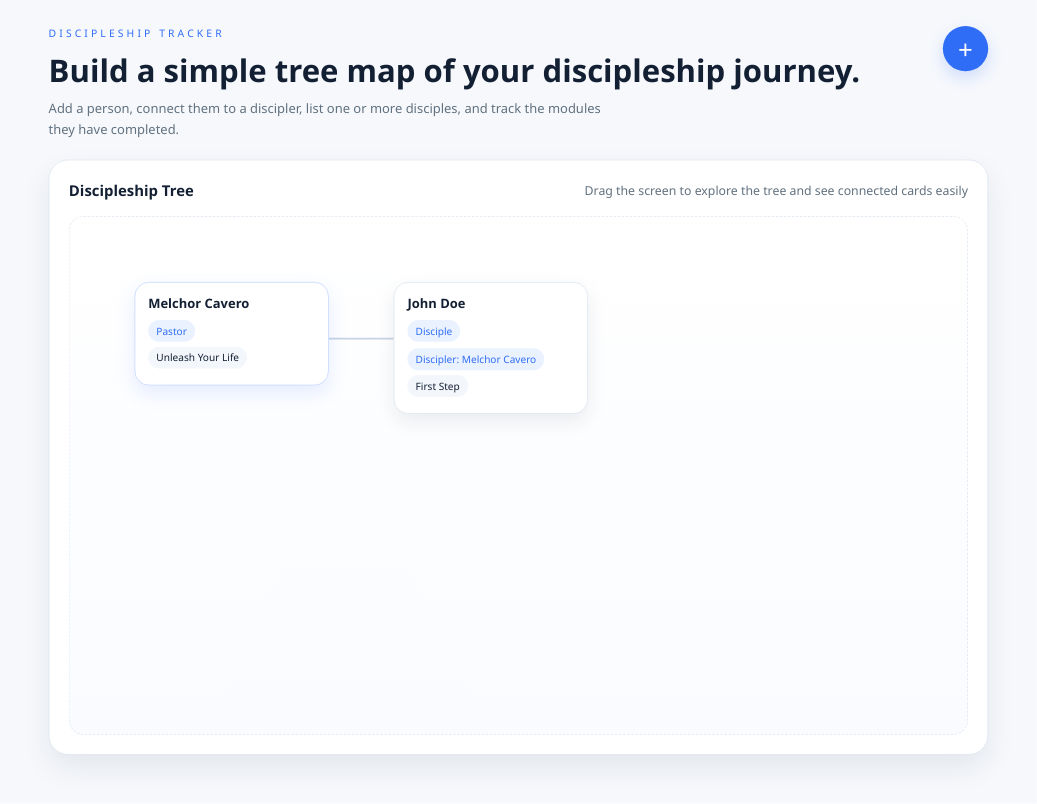
Repository: Cryuis/LCC-Isabela-Discipleship-Tracker
Page: index.html
The author's editor kept a copy of each file at every save. The page is drawn from the files as they stood at one save, then again after the next save.
The browser window is 1280 px wide. The pictures show the whole page, at 81% of full size.

Above is the page before, as saved 2026-07-26 18:50:58.

### index.html
<!doctype html>
<html lang="en">
  <head>
    <meta charset="UTF-8" />
    <meta name="viewport" content="width=device-width, initial-scale=1.0" />
    <title>Discipleship Tree Map</title>
    <link rel="stylesheet" href="styles.css" />
  </head>
  <body>
    <main class="page-shell">
      <header class="hero">
        <div>
          <p class="eyebrow">Discipleship Tracker</p>
          <h1>Build a simple tree map of your discipleship journey.</h1>
          <p class="hero-copy">
            Add a person, connect them to a discipler, list one or more
            disciples, and track the modules they have completed.
          </p>
        </div>
        <button
          id="openFormBtn"
          class="add-btn"
          type="button"
          aria-label="Add a new disciple"
        >
          +
        </button>
      </header>

      <section class="tree-card">
        <div class="tree-toolbar">
          <h2>Discipleship Tree</h2>
          <span class="tree-pill"
            >Drag the screen to explore the tree and see connected cards
            easily</span
          >
        </div>
        <div id="treeCanvas" class="tree-canvas"></div>
      </section>
    </main>

    <div
      id="modal"
      class="modal hidden"
      role="dialog"
      aria-modal="true"
      aria-labelledby="modalTitle"
    >
      <div class="modal-card">
        <div class="modal-head">
          <h3 id="modalTitle">Add a new person</h3>
          <button
            id="closeModalBtn"
            class="icon-btn"
            type="button"
            aria-label="Close form"
          >
            ×
          </button>
        </div>

        <form id="personForm" class="form-grid">
          <label>
            <span>Name</span>
            <input
              id="nameInput"
              name="name"
              type="text"
              required
              placeholder="e.g. John Doe"
            />
          </label>

          <label>
            <span>Discipler</span>
            <select id="disciplerInput" name="discipler"></select>
          </label>

          <label>
            <span>Disciple(s)</span>
            <input
              id="discipleInput"
              name="disciple"
              type="text"
              placeholder="Optional. Separate multiple names with commas"
            />
          </label>

          <fieldset>
            <legend>Modules completed</legend>
            <div id="moduleOptions" class="module-options"></div>
          </fieldset>

          <div class="form-actions">
            <button id="cancelBtn" class="secondary-btn" type="button">
              Cancel
            </button>
            <button class="primary-btn" type="submit">Add to Tree</button>
          </div>
        </form>
      </div>
    </div>

    <script src="script.js"></script>
  </body>
</html>

### styles.css
:root {
  color-scheme: light;
  --bg: #f6f8fc;
  --panel: #ffffff;
  --panel-soft: #f7f9fc;
  --border: #dfe7f0;
  --text: #132033;
  --muted: #61717f;
  --accent: #2f6df6;
  --accent-soft: #eaf2ff;
}

* {
  box-sizing: border-box;
}

body {
  margin: 0;
  font-family: "Segoe UI", Tahoma, Geneva, Verdana, sans-serif;
  background: var(--bg);
  color: var(--text);
  min-height: 100vh;
}

.page-shell {
  max-width: 1200px;
  margin: 0 auto;
  padding: 32px 20px 60px;
}

.hero {
  display: flex;
  align-items: flex-start;
  justify-content: space-between;
  gap: 24px;
  margin-bottom: 24px;
}

.eyebrow {
  text-transform: uppercase;
  letter-spacing: 0.3em;
  color: var(--accent);
  font-size: 0.8rem;
  margin: 0 0 10px;
}

.hero h1 {
  margin: 0 0 10px;
  font-size: clamp(1.7rem, 3vw, 2.4rem);
}

.hero-copy {
  margin: 0;
  max-width: 700px;
  color: var(--muted);
  line-height: 1.6;
}

.add-btn,
.icon-btn,
.primary-btn,
.secondary-btn {
  border: none;
  cursor: pointer;
  font: inherit;
}

.add-btn {
  width: 56px;
  height: 56px;
  border-radius: 50%;
  background: var(--accent);
  color: white;
  font-size: 2rem;
  box-shadow: 0 8px 20px rgba(47, 109, 246, 0.2);
}

.tree-card {
  background: var(--panel);
  border: 1px solid var(--border);
  border-radius: 24px;
  padding: 24px;
  box-shadow: 0 16px 35px rgba(19, 32, 51, 0.08);
}

.tree-toolbar {
  display: flex;
  justify-content: space-between;
  align-items: center;
  margin-bottom: 20px;
}

.tree-toolbar h2 {
  margin: 0;
  font-size: 1.15rem;
}

.tree-pill {
  color: var(--muted);
  font-size: 0.95rem;
}

.tree-canvas {
  position: relative;
  min-height: 640px;
  border: 1px dashed var(--border);
  border-radius: 18px;
  background: linear-gradient(180deg, #ffffff, #f9fbff);
  overflow: auto;
  padding: 24px;
}

.tree-lines {
  position: absolute;
  inset: 0;
  pointer-events: none;
  z-index: 0;
}

.tree-node {
  position: absolute;
  z-index: 1;
  width: 240px;
  background: var(--panel);
  border: 1px solid var(--border);
  border-radius: 18px;
  padding: 14px 16px;
  box-shadow: 0 10px 24px rgba(19, 32, 51, 0.08);
  cursor: grab;
  user-select: none;
}

.tree-node:active {
  cursor: grabbing;
}

.tree-node.is-root {
  border-color: #c6d8ff;
  box-shadow: 0 10px 24px rgba(47, 109, 246, 0.12);
}

.tree-node h3 {
  margin: 0 0 10px;
  font-size: 1rem;
}

.card-meta,
.card-modules {
  display: flex;
  flex-wrap: wrap;
  gap: 8px;
  margin: 6px 0;
}

.meta-pill,
.module-pill {
  display: inline-flex;
  align-items: center;
  border-radius: 999px;
  padding: 5px 10px;
  font-size: 0.78rem;
  background: var(--accent-soft);
  color: var(--accent);
}

.module-pill {
  background: #f3f6fb;
  color: var(--text);
}

.modal {
  position: fixed;
  inset: 0;
  background: rgba(19, 32, 51, 0.25);
  display: grid;
  place-items: center;
  padding: 20px;
  z-index: 10;
}

.modal.hidden {
  display: none;
}

.modal-card {
  width: min(100%, 540px);
  background: var(--panel);
  border: 1px solid var(--border);
  border-radius: 20px;
  padding: 22px;
  box-shadow: 0 20px 40px rgba(0, 0, 0, 0.16);
}

.modal-head {
  display: flex;
  align-items: center;
  justify-content: space-between;
  margin-bottom: 16px;
}

.modal-head h3 {
  margin: 0;
  font-size: 1.1rem;
}

.icon-btn {
  width: 36px;
  height: 36px;
  border-radius: 50%;
  background: #f1f4f8;
  color: var(--text);
  font-size: 1.2rem;
}

.form-grid {
  display: grid;
  gap: 14px;
}

label,
fieldset {
  display: grid;
  gap: 8px;
}

label span,
legend {
  font-weight: 600;
  font-size: 0.95rem;
}

input,
select,
button {
  font: inherit;
}

input,
select {
  width: 100%;
  border: 1px solid var(--border);
  border-radius: 12px;
  padding: 10px 12px;
  color: var(--text);
  background: #fff;
}

.module-options {
  display: grid;
  gap: 8px;
  grid-template-columns: repeat(2, minmax(0, 1fr));
}

.module-options label {
  display: flex;
  align-items: center;
  gap: 8px;
  border: 1px solid var(--border);
  border-radius: 12px;
  padding: 8px 10px;
  background: #fbfcfe;
}

.form-actions {
  display: flex;
  justify-content: flex-end;
  gap: 10px;
  margin-top: 8px;
}

.primary-btn,
.secondary-btn {
  padding: 10px 14px;
  border-radius: 999px;
}

.primary-btn {
  background: var(--accent);
  color: white;
}

.secondary-btn {
  background: #f1f4f8;
  color: var(--text);
}

@media (max-width: 700px) {
  .hero {
    flex-direction: column;
  }

  .module-options {
    grid-template-columns: 1fr;
  }

  .tree-canvas {
    padding: 16px;
  }

  .tree-node {
    width: 220px;
  }
}

legend {
  font-weight: 600;
  color: #dfe7f8;
}

input,
select {
  width: 100%;
  border-radius: 12px;
  border: 1px solid rgba(255, 255, 255, 0.12);
  background: #0f1728;
  color: var(--text);
  padding: 11px 12px;
  font: inherit;
}

.module-options {
  display: flex;
  flex-wrap: wrap;
  gap: 10px;
}

.module-options label {
  display: inline-flex;
  align-items: center;
  gap: 8px;
  background: rgba(255, 255, 255, 0.05);
  padding: 8px 10px;
  border-radius: 999px;
  font-size: 0.92rem;
}

.form-actions {
  display: flex;
  justify-content: flex-end;
  gap: 10px;
  margin-top: 6px;
}

.primary-btn,
.secondary-btn {
  padding: 10px 14px;
  border-radius: 999px;
}

.primary-btn {
  background: linear-gradient(135deg, var(--accent), var(--accent-2));
  color: white;
}

.secondary-btn {
  background: rgba(255, 255, 255, 0.08);
  color: var(--text);
}

@media (max-width: 700px) {
  .hero {
    flex-direction: column;
    align-items: start;
  }

  .tree-card {
    padding: 18px;
  }
}

### script.js
const moduleOptions = [
  "Unleash Your Life",
  "First Step",
  "Alpha Series",
  "Foundations",
  "Growing Deep",
];

const initialPeople = [
  {
    id: crypto.randomUUID(),
    name: "Melchor Cavero",
    discipler: "",
    role: "Pastor",
    modules: ["Unleash Your Life"],
    children: [],
  },
  {
    id: crypto.randomUUID(),
    name: "John Doe",
    discipler: "Melchor Cavero",
    role: "Disciple",
    modules: ["First Step"],
    children: [],
  },
];

let people = initialPeople;
const positions = new Map();

function getDefaultRootName() {
  return people.find((person) => !person.discipler)?.name || "Melchor Cavero";
}

function findPersonByName(name) {
  return people.find((person) => person.name === name) || null;
}

function findPersonById(id) {
  return people.find((person) => person.id === id) || null;
}

function getDepth(person) {
  let depth = 0;
  let current = person;

  while (current.discipler) {
    const parent = findPersonByName(current.discipler);
    if (!parent || parent.id === current.id) {
      break;
    }

    current = parent;
    depth += 1;
  }

  return depth;
}

function getSiblingIndex(person) {
  const siblings = people.filter(
    (candidate) => candidate.discipler === person.discipler,
  );
  return siblings.findIndex((candidate) => candidate.id === person.id);
}

function getPosition(person) {
  const existing = positions.get(person.id);
  if (existing) {
    return existing;
  }

  const depth = getDepth(person);
  const siblingIndex = getSiblingIndex(person);
  const nextPosition = {
    x: 80 + depth * 320,
    y: 80 + siblingIndex * 180,
  };

  positions.set(person.id, nextPosition);
  return nextPosition;
}

function buildTree() {
  people.forEach((person) => {
    person.children = [];
  });

  const rootPeople = people.filter((person) => !person.discipler);

  people.forEach((person) => {
    if (!person.discipler) {
      return;
    }

    const parent = findPersonByName(person.discipler);
    if (parent) {
      parent.children.push(person);
    }
  });

  return rootPeople;
}

function drawConnections(canvas, svg) {
  svg.innerHTML = "";
  const width = canvas.scrollWidth;
  const height = canvas.scrollHeight;
  svg.setAttribute("viewBox", `0 0 ${width} ${height}`);

  const traverse = (person) => {
    const parentPosition = getPosition(person);
    person.children.forEach((child) => {
      const childPosition = getPosition(child);
      const line = document.createElementNS(
        "http://www.w3.org/2000/svg",
        "line",
      );
      line.setAttribute("x1", String(parentPosition.x + 240));
      line.setAttribute("y1", String(parentPosition.y + 70));
      line.setAttribute("x2", String(childPosition.x));
      line.setAttribute("y2", String(childPosition.y + 70));
      line.setAttribute("stroke", "#c8d3e3");
      line.setAttribute("stroke-width", "2");
      svg.appendChild(line);
      traverse(child);
    });
  };

  buildTree().forEach(traverse);

  const tallestPosition = Math.max(
    ...Array.from(positions.values()).map((position) => position.y),
    0,
  );
  canvas.style.minHeight = `${Math.max(640, tallestPosition + 260)}px`;
}

function renderTree() {
  const canvas = document.getElementById("treeCanvas");
  canvas.innerHTML = "";

  const svg = document.createElementNS("http://www.w3.org/2000/svg", "svg");
  svg.classList.add("tree-lines");
  canvas.appendChild(svg);

  const roots = buildTree();

  roots.forEach((person) => {
    renderPerson(person, canvas);
  });

  drawConnections(canvas, svg);
}

function renderPerson(person, canvas) {
  const node = document.createElement("article");
  node.className = `tree-node${!person.discipler ? " is-root" : ""}`;
  node.dataset.id = person.id;

  const position = getPosition(person);
  node.style.left = `${position.x}px`;
  node.style.top = `${position.y}px`;

  const title = document.createElement("h3");
  title.textContent = person.name;

  const meta = document.createElement("div");
  meta.className = "card-meta";

  const rolePill = document.createElement("span");
  rolePill.className = "meta-pill";
  rolePill.textContent =
    person.role || (person.discipler ? "Disciple" : "Pastor");
  meta.appendChild(rolePill);

  if (person.discipler) {
    const disciplerPill = document.createElement("span");
    disciplerPill.className = "meta-pill";
    disciplerPill.textContent = `Discipler: ${person.discipler}`;
    meta.appendChild(disciplerPill);
  }

  const modules = document.createElement("div");
  modules.className = "card-modules";
  person.modules.forEach((moduleName) => {
    const pill = document.createElement("span");
    pill.className = "module-pill";
    pill.textContent = moduleName;
    modules.appendChild(pill);
  });

  node.appendChild(title);
  node.appendChild(meta);
  node.appendChild(modules);
  node.addEventListener("pointerdown", handlePointerDown);
  canvas.appendChild(node);

  person.children.forEach((child) => renderPerson(child, canvas));
}

function populateDisciplerOptions() {
  const select = document.getElementById("disciplerInput");
  select.innerHTML = "";

  const defaultRootName = getDefaultRootName();
  const option = document.createElement("option");
  option.value = "";
  option.textContent = "Pastor / no discipler";
  select.appendChild(option);

  people.forEach((person) => {
    const optionItem = document.createElement("option");
    optionItem.value = person.name;
    optionItem.textContent = person.name;
    select.appendChild(optionItem);
  });

  select.value = defaultRootName;
}

function renderModuleOptions() {
  const container = document.getElementById("moduleOptions");
  container.innerHTML = "";

  moduleOptions.forEach((moduleName) => {
    const label = document.createElement("label");
    label.innerHTML = `<input type="checkbox" name="modules" value="${moduleName}" /> ${moduleName}`;
    container.appendChild(label);
  });
}

function openModal() {
  document.getElementById("modal").classList.remove("hidden");
}

function closeModal() {
  document.getElementById("modal").classList.add("hidden");
  document.getElementById("personForm").reset();
  populateDisciplerOptions();
}

function handleSubmit(event) {
  event.preventDefault();

  const form = event.currentTarget;
  const data = new FormData(form);
  const selectedModules = data.getAll("modules");
  const personName = data.get("name").toString().trim();
  const disciplerName =
    data.get("discipler").toString().trim() || getDefaultRootName();
  const discipleNames = data
    .get("disciple")
    .toString()
    .split(",")
    .map((name) => name.trim())
    .filter(Boolean);

  if (!personName) {
    return;
  }

  const newPerson = {
    id: crypto.randomUUID(),
    name: personName,
    discipler: disciplerName,
    role: "Disciple",
    modules: selectedModules,
    children: [],
  };

  people = [...people, newPerson];

  discipleNames.forEach((discipleName) => {
    people = [
      ...people,
      {
        id: crypto.randomUUID(),
        name: discipleName,
        discipler: personName,
        role: "Disciple",
        modules: [],
        children: [],
      },
    ];
  });

  populateDisciplerOptions();
  renderTree();
  closeModal();
}

let dragState = null;

function handlePointerDown(event) {
  const card = event.currentTarget;
  const person = findPersonById(card.dataset.id);
  if (!person) {
    return;
  }

  const position = getPosition(person);
  dragState = {
    id: person.id,
    startX: event.clientX,
    startY: event.clientY,
    startLeft: position.x,
    startTop: position.y,
  };

  card.setPointerCapture(event.pointerId);
}

function handlePointerMove(event) {
  if (!dragState) {
    return;
  }

  const nextPosition = {
    x: dragState.startLeft + (event.clientX - dragState.startX),
    y: dragState.startTop + (event.clientY - dragState.startY),
  };

  positions.set(dragState.id, nextPosition);
  const card = document.querySelector(`[data-id="${dragState.id}"]`);
  if (card) {
    card.style.left = `${nextPosition.x}px`;
    card.style.top = `${nextPosition.y}px`;
  }

  const canvas = document.getElementById("treeCanvas");
  const svg = canvas.querySelector(".tree-lines");
  if (svg) {
    drawConnections(canvas, svg);
  }
}

function handlePointerUp() {
  dragState = null;
}

function initialize() {
  renderModuleOptions();
  populateDisciplerOptions();
  renderTree();

  document.getElementById("openFormBtn").addEventListener("click", openModal);
  document
    .getElementById("closeModalBtn")
    .addEventListener("click", closeModal);
  document.getElementById("cancelBtn").addEventListener("click", closeModal);
  document.getElementById("modal").addEventListener("click", (event) => {
    if (event.target.id === "modal") {
      closeModal();
    }
  });
  document
    .getElementById("personForm")
    .addEventListener("submit", handleSubmit);
  window.addEventListener("pointermove", handlePointerMove);
  window.addEventListener("pointerup", handlePointerUp);
}

initialize();

After the next save:
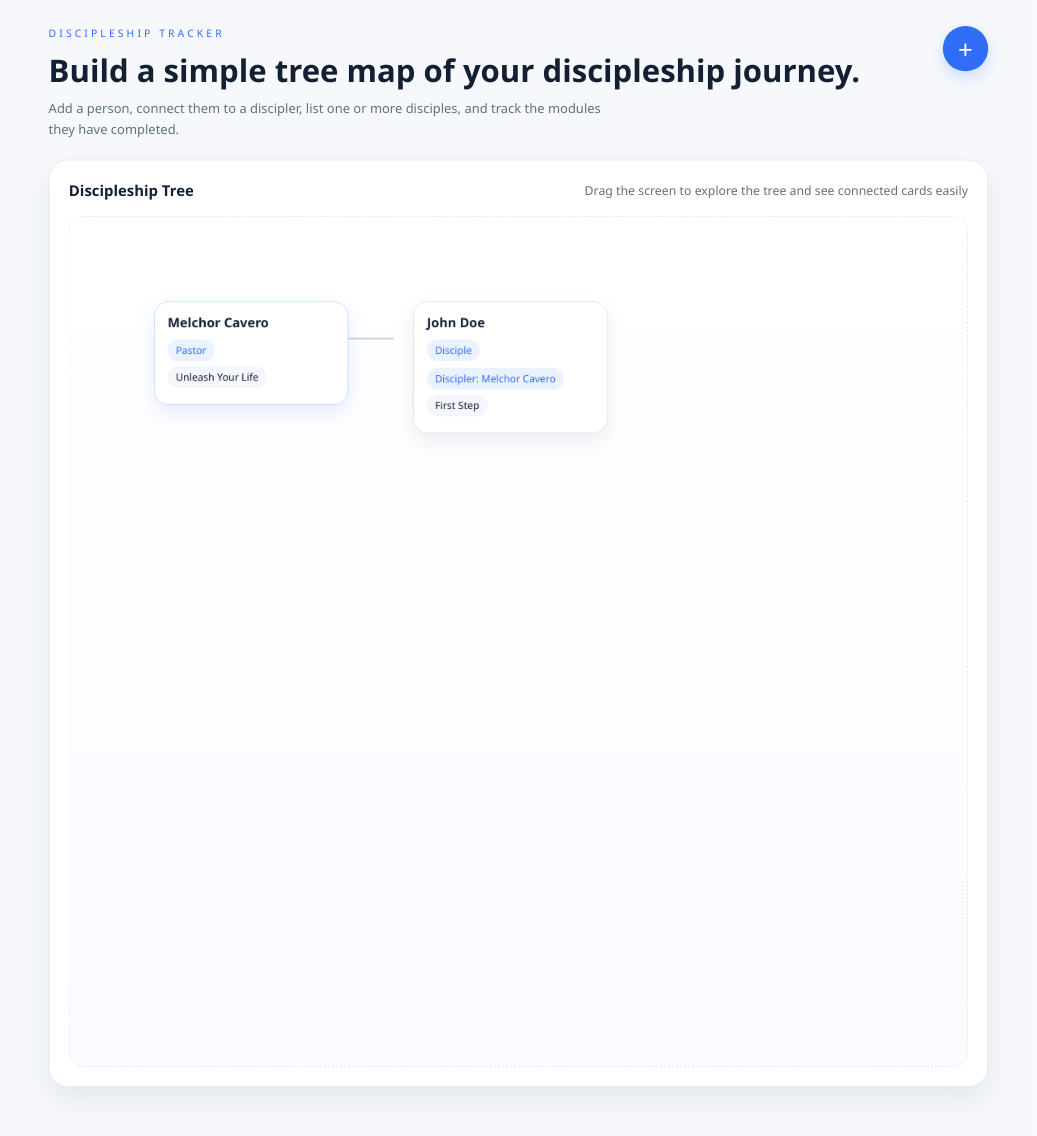
Saved 2 min 36 s later.
--- a/styles.css
+++ b/styles.css
@@ -106,8 +106,14 @@ body {
   border: 1px dashed var(--border);
   border-radius: 18px;
   background: linear-gradient(180deg, #ffffff, #f9fbff);
-  overflow: auto;
+  overflow: hidden;
   padding: 24px;
+  cursor: grab;
+  user-select: none;
+}
+
+.tree-canvas.is-panning {
+  cursor: grabbing;
 }
 
 .tree-lines {
@@ -115,6 +121,14 @@ body {
   inset: 0;
   pointer-events: none;
   z-index: 0;
+}
+
+.tree-content {
+  position: relative;
+  width: 1400px;
+  min-height: 1000px;
+  transform-origin: 0 0;
+  will-change: transform;
 }
 
 .tree-node {
--- a/script.js
+++ b/script.js
@@ -27,6 +27,8 @@ const initialPeople = [
 
 let people = initialPeople;
 const positions = new Map();
+let viewOffset = { x: 0, y: 0 };
+let interactionState = null;
 
 function getDefaultRootName() {
   return people.find((person) => !person.discipler)?.name || "Melchor Cavero";
@@ -104,9 +106,11 @@ function buildTree() {
 
 function drawConnections(canvas, svg) {
   svg.innerHTML = "";
-  const width = canvas.scrollWidth;
-  const height = canvas.scrollHeight;
+  const width = canvas.clientWidth || 900;
+  const height = canvas.clientHeight || 700;
   svg.setAttribute("viewBox", `0 0 ${width} ${height}`);
+  svg.setAttribute("width", String(width));
+  svg.setAttribute("height", String(height));
 
   const traverse = (person) => {
     const parentPosition = getPosition(person);
@@ -116,10 +120,10 @@ function drawConnections(canvas, svg) {
         "http://www.w3.org/2000/svg",
         "line",
       );
-      line.setAttribute("x1", String(parentPosition.x + 240));
-      line.setAttribute("y1", String(parentPosition.y + 70));
-      line.setAttribute("x2", String(childPosition.x));
-      line.setAttribute("y2", String(childPosition.y + 70));
+      line.setAttribute("x1", String(parentPosition.x + 240 - viewOffset.x));
+      line.setAttribute("y1", String(parentPosition.y + 70 - viewOffset.y));
+      line.setAttribute("x2", String(childPosition.x - viewOffset.x));
+      line.setAttribute("y2", String(childPosition.y + 70 - viewOffset.y));
       line.setAttribute("stroke", "#c8d3e3");
       line.setAttribute("stroke-width", "2");
       svg.appendChild(line);
@@ -128,12 +132,10 @@ function drawConnections(canvas, svg) {
   };
 
   buildTree().forEach(traverse);
-
-  const tallestPosition = Math.max(
-    ...Array.from(positions.values()).map((position) => position.y),
-    0,
-  );
-  canvas.style.minHeight = `${Math.max(640, tallestPosition + 260)}px`;
+}
+
+function applyViewportTransform(content) {
+  content.style.transform = `translate(${viewOffset.x}px, ${viewOffset.y}px)`;
 }
 
 function renderTree() {
@@ -144,16 +146,21 @@ function renderTree() {
   svg.classList.add("tree-lines");
   canvas.appendChild(svg);
 
+  const content = document.createElement("div");
+  content.className = "tree-content";
+  applyViewportTransform(content);
+  canvas.appendChild(content);
+
   const roots = buildTree();
 
   roots.forEach((person) => {
-    renderPerson(person, canvas);
+    renderPerson(person, content);
   });
 
   drawConnections(canvas, svg);
 }
 
-function renderPerson(person, canvas) {
+function renderPerson(person, parent) {
   const node = document.createElement("article");
   node.className = `tree-node${!person.discipler ? " is-root" : ""}`;
   node.dataset.id = person.id;
@@ -194,9 +201,9 @@ function renderPerson(person, canvas) {
   node.appendChild(meta);
   node.appendChild(modules);
   node.addEventListener("pointerdown", handlePointerDown);
-  canvas.appendChild(node);
-
-  person.children.forEach((child) => renderPerson(child, canvas));
+  parent.appendChild(node);
+
+  person.children.forEach((child) => renderPerson(child, parent));
 }
 
 function populateDisciplerOptions() {
@@ -290,8 +297,6 @@ function handleSubmit(event) {
   closeModal();
 }
 
-let dragState = null;
-
 function handlePointerDown(event) {
   const card = event.currentTarget;
   const person = findPersonById(card.dataset.id);
@@ -299,44 +304,79 @@ function handlePointerDown(event) {
     return;
   }
 
-  const position = getPosition(person);
-  dragState = {
+  interactionState = {
+    type: "card",
     id: person.id,
     startX: event.clientX,
     startY: event.clientY,
-    startLeft: position.x,
-    startTop: position.y,
+    startLeft: getPosition(person).x,
+    startTop: getPosition(person).y,
   };
 
   card.setPointerCapture(event.pointerId);
 }
 
+function handleCanvasPointerDown(event) {
+  if (event.target.closest(".tree-node")) {
+    return;
+  }
+
+  interactionState = {
+    type: "pan",
+    startX: event.clientX,
+    startY: event.clientY,
+    startOffsetX: viewOffset.x,
+    startOffsetY: viewOffset.y,
+  };
+
+  const canvas = event.currentTarget;
+  canvas.classList.add("is-panning");
+  canvas.setPointerCapture(event.pointerId);
+}
+
 function handlePointerMove(event) {
-  if (!dragState) {
+  if (!interactionState) {
     return;
   }
 
-  const nextPosition = {
-    x: dragState.startLeft + (event.clientX - dragState.startX),
-    y: dragState.startTop + (event.clientY - dragState.startY),
-  };
-
-  positions.set(dragState.id, nextPosition);
-  const card = document.querySelector(`[data-id="${dragState.id}"]`);
-  if (card) {
-    card.style.left = `${nextPosition.x}px`;
-    card.style.top = `${nextPosition.y}px`;
-  }
-
-  const canvas = document.getElementById("treeCanvas");
-  const svg = canvas.querySelector(".tree-lines");
-  if (svg) {
-    drawConnections(canvas, svg);
-  }
-}
-
-function handlePointerUp() {
-  dragState = null;
+  if (interactionState.type === "card") {
+    const nextPosition = {
+      x: interactionState.startLeft + (event.clientX - interactionState.startX),
+      y: interactionState.startTop + (event.clientY - interactionState.startY),
+    };
+
+    positions.set(interactionState.id, nextPosition);
+    const card = document.querySelector(`[data-id="${interactionState.id}"]`);
+    if (card) {
+      card.style.left = `${nextPosition.x}px`;
+      card.style.top = `${nextPosition.y}px`;
+    }
+  } else {
+    viewOffset = {
+      x: interactionState.startOffsetX + (event.clientX - interactionState.startX),
+      y: interactionState.startOffsetY + (event.clientY - interactionState.startY),
+    };
+
+    const canvas = document.getElementById("treeCanvas");
+    const content = canvas.querySelector(".tree-content");
+    const svg = canvas.querySelector(".tree-lines");
+
+    if (content) {
+      applyViewportTransform(content);
+    }
+
+    if (svg) {
+      drawConnections(canvas, svg);
+    }
+  }
+}
+
+function handlePointerUp(event) {
+  if (interactionState?.type === "pan") {
+    event.currentTarget?.classList?.remove("is-panning");
+  }
+
+  interactionState = null;
 }
 
 function initialize() {
@@ -357,6 +397,9 @@ function initialize() {
   document
     .getElementById("personForm")
     .addEventListener("submit", handleSubmit);
+  const canvas = document.getElementById("treeCanvas");
+  canvas.addEventListener("pointerdown", handleCanvasPointerDown);
+  canvas.addEventListener("pointerup", handlePointerUp);
   window.addEventListener("pointermove", handlePointerMove);
   window.addEventListener("pointerup", handlePointerUp);
 }
